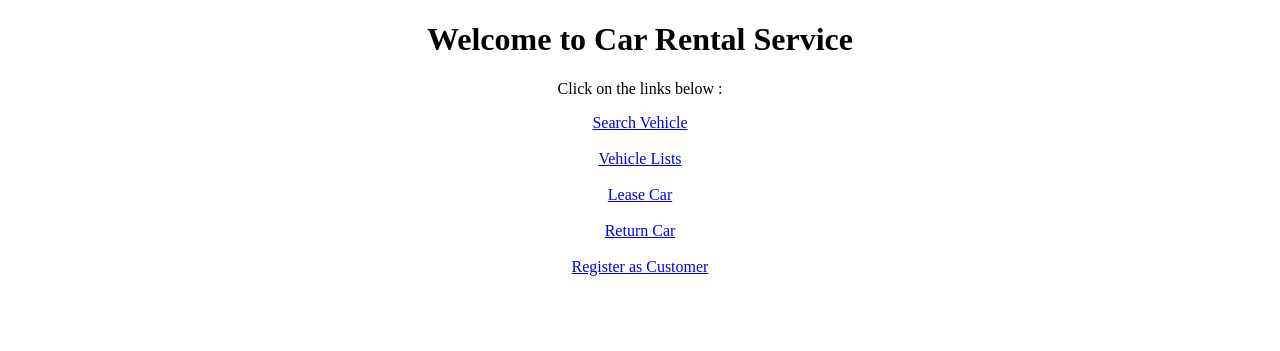
Repository: harsh23012/InfiniteProjects
Page: CarRent/carrent/src/main/webapp/UserPage.html
An editor plug-in stored every save of this project. The page is shown before and after the next save, followed by the edit.
The browser window is 1280 px wide. The pictures show the whole page.

Above is the page before, as saved 2025-05-05 07:16:35.

After the next save:
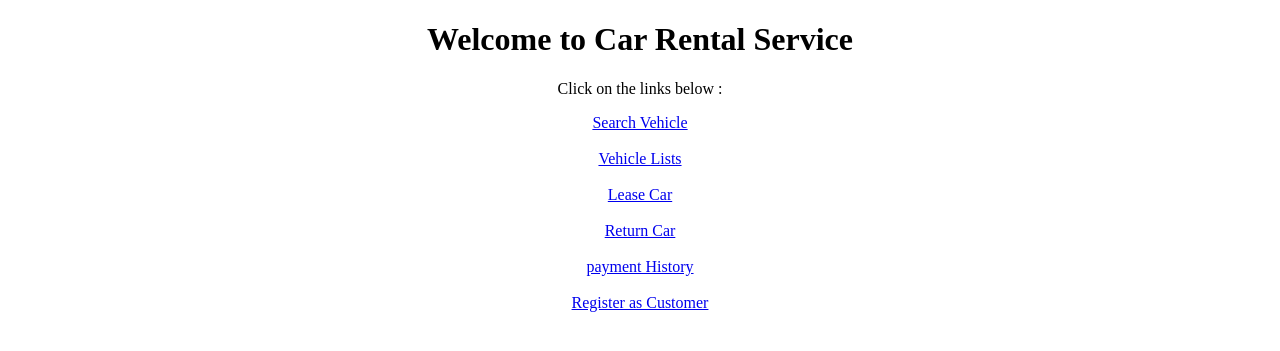
Saved 49 s later.
--- a/CarRent/carrent/src/main/webapp/UserPage.html
+++ b/CarRent/carrent/src/main/webapp/UserPage.html
@@ -24,8 +24,13 @@
         <!-- Link to return vehicle -->
         <a href="ReturnCar.html">Return Car</a><br><br>
 
+        <!-- Link to see Payment Details -->
+        <a href="PaymentDetailByCust.html">payment History</a><br><br>
+
         <!-- Link to add Customer -->
         <a href="AddCustomer.html">Register as Customer</a>
+
+
 	</center>
 </body>
 </html>
